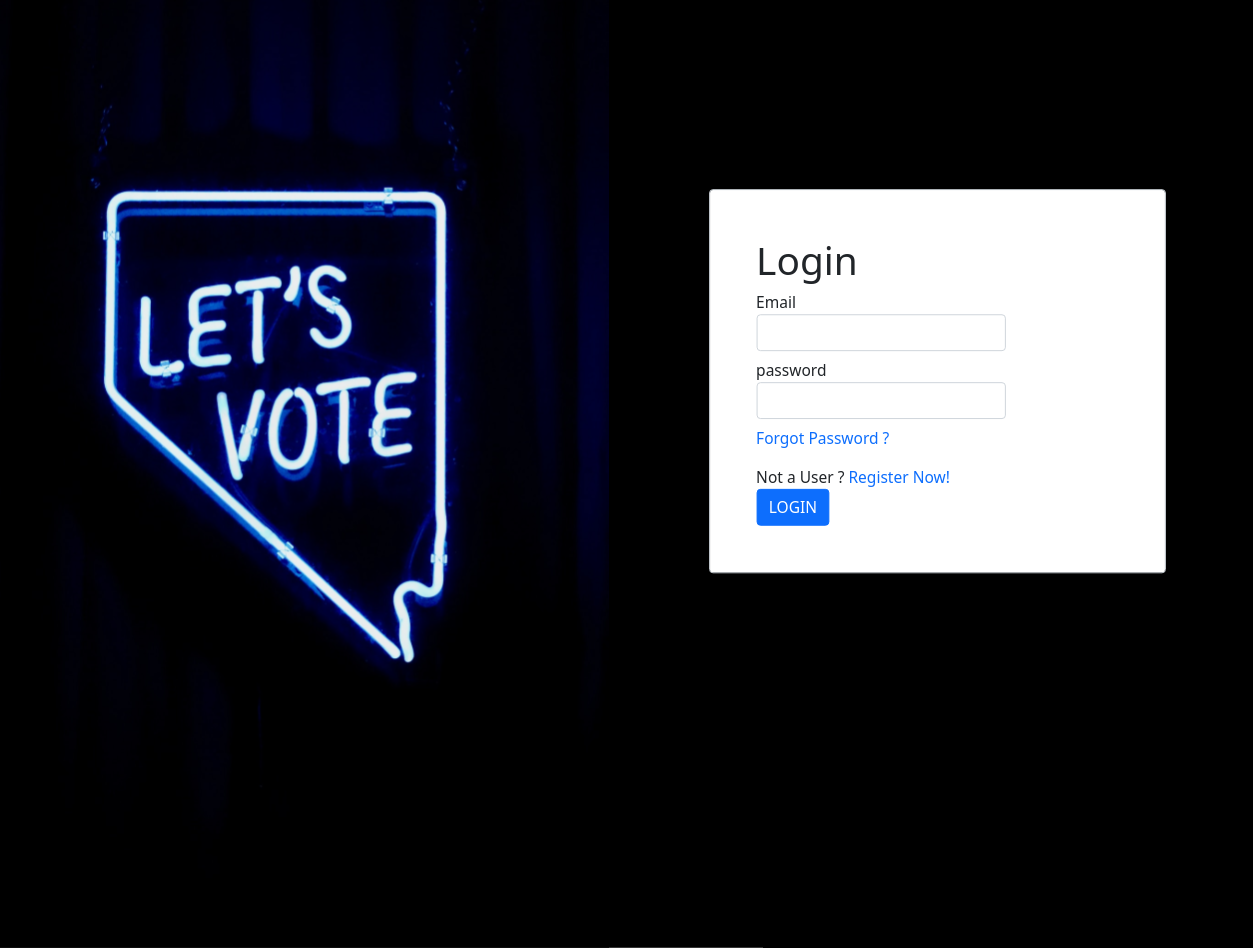
Repository: DavidManiIbrahim/Voting-app
Page: Login.html
An editor plug-in stored every save of this project. The page is shown before and after a run of saves, followed by the edit.
The browser window is 1280 px wide. The page is 1292 px wide, so the pictures cover 1292 px, including what lies to the right of the window. The pictures show the whole page, at 97% of full size.

Above is the page before, as saved 2025-01-18 07:13:40.

### Login.html
<!DOCTYPE html>
<html lang="en">
<head>
    <meta charset="UTF-8">
    <meta name="viewport" content="width=device-width, initial-scale=1.0">
    <title>Login Page</title>
    <link rel="stylesheet" href="./bootstrap.css">
</head>
<body>

<style>
    form{
        position: relative;
        top: 20%;
    }
    .hero{
        background: #000;
    }
</style>

<div class="row hero">
    <div class="col-md  container-fluid">
        <img src="./unsplash_LA1VawaCjjI.svg" alt="login image" class=" img-fluid" width="100%">
    </div>
    <div class="col-md text-white align-items-center">
        <form action="" class="w-75 form-control p-5 m-auto ">
            <h1>Login</h1>
            <label for="email" class="form-label">Email  <br>
                <input class="form-control " type="text">
            </label> <br>
            <label class="form-label"" for="password">password  <br>
                <input class="form-control w-100" type="password" class="form-text">
            </label> <br>
            <p class="text-primary">Forgot Password ?</p>
            <span>Not a User ?</span>
            <span class="text-primary">Register Now!</span> <br>
            <button class="btn btn-primary">LOGIN</button>
        </form>
    </div>
</div>








<script src="./bootstrap.min.js"></script>
</body>
</html>

Loaded but not shown: bootstrap.css (library); bootstrap.min.js (library)

After the next 2 saves:
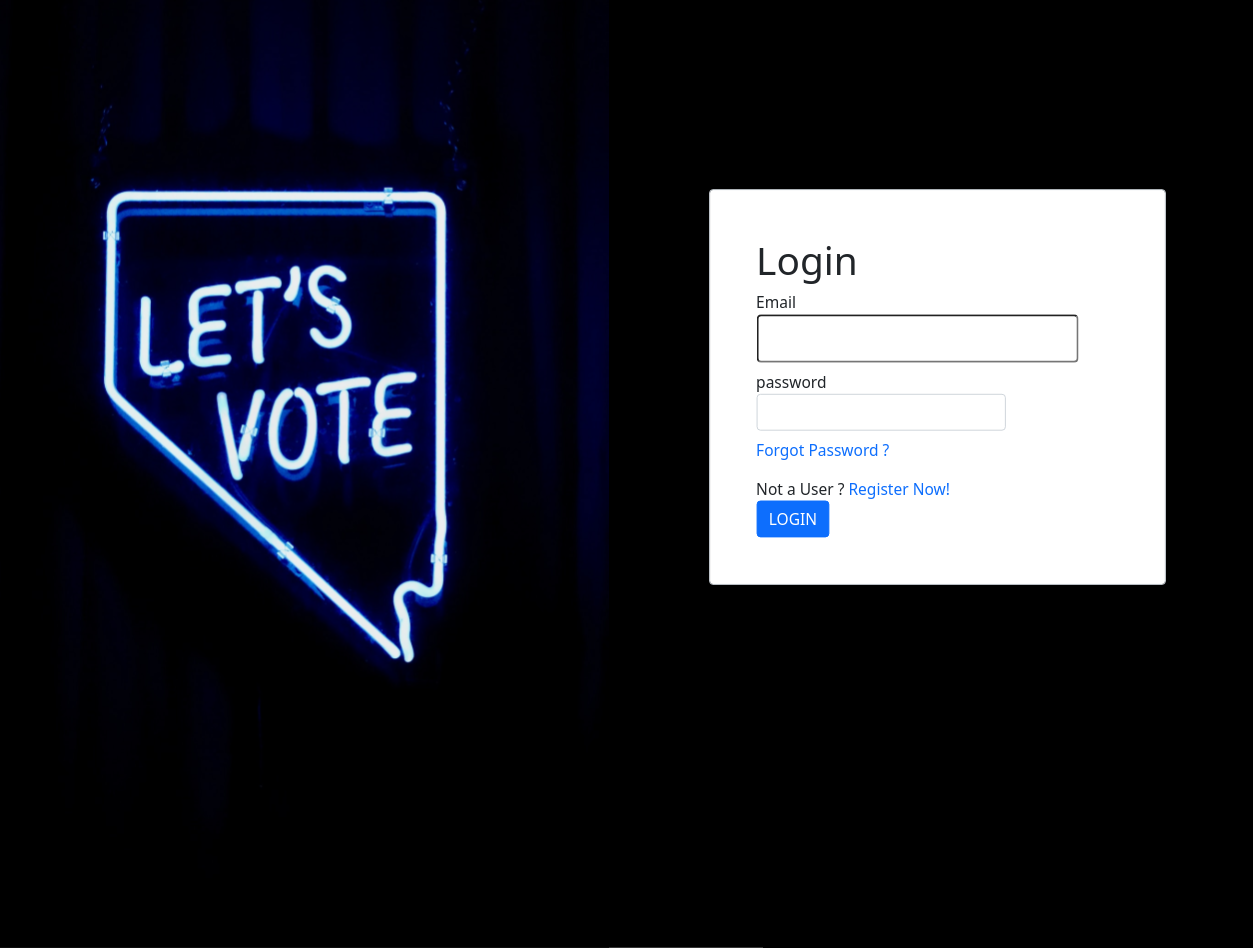
The 2 saves are shown as one change because they came seconds apart.
The last was saved 16 s later.
--- a/Login.html
+++ b/Login.html
@@ -26,7 +26,7 @@
         <form action="" class="w-75 form-control p-5 m-auto ">
             <h1>Login</h1>
             <label for="email" class="form-label">Email  <br>
-                <input class="form-control " type="text">
+                <input class="form-control-lg " type="text">
             </label> <br>
             <label class="form-label"" for="password">password  <br>
                 <input class="form-control w-100" type="password" class="form-text">

After the save that followed:
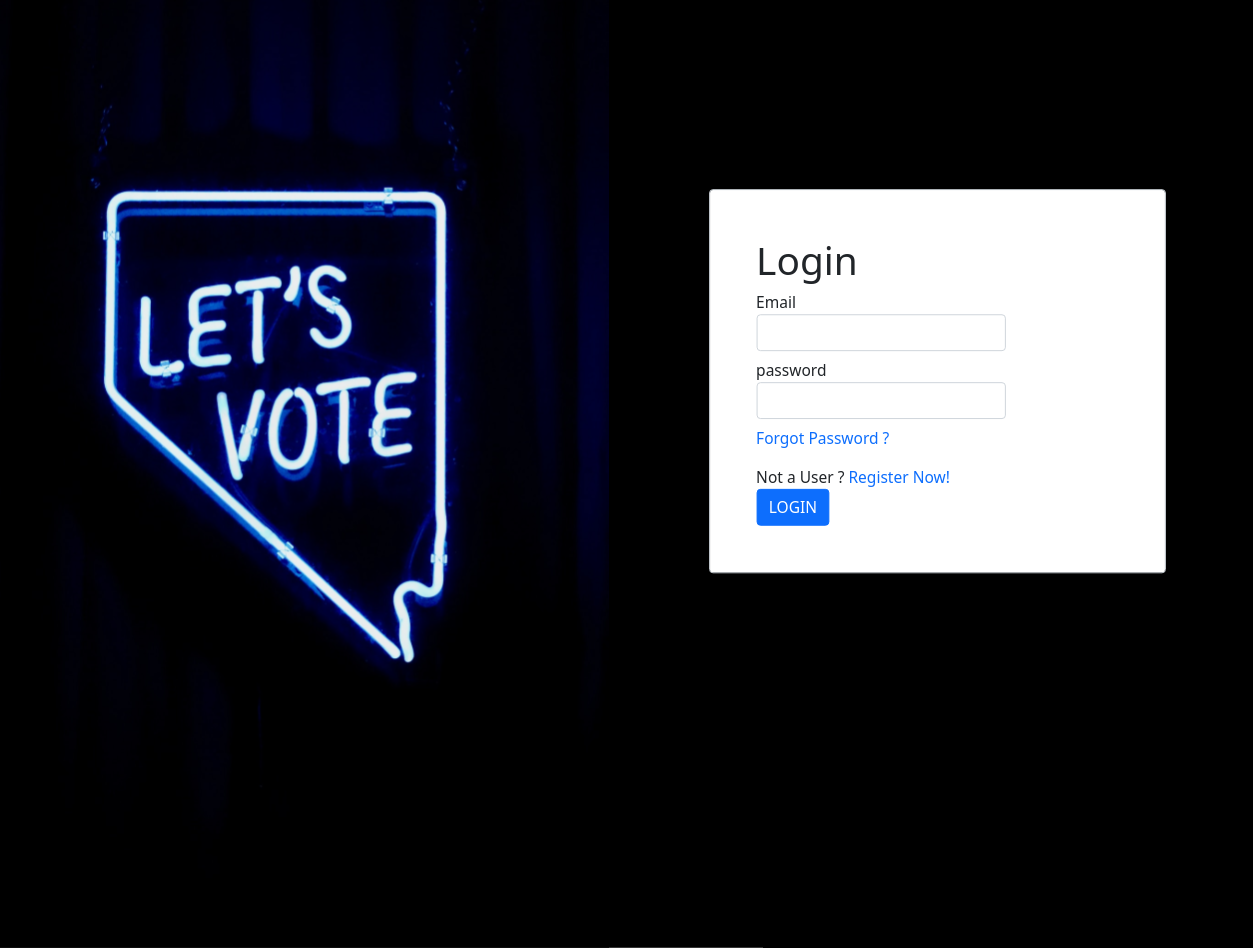
Saved 5 s later.
--- a/Login.html
+++ b/Login.html
@@ -26,7 +26,7 @@
         <form action="" class="w-75 form-control p-5 m-auto ">
             <h1>Login</h1>
             <label for="email" class="form-label">Email  <br>
-                <input class="form-control-lg " type="text">
+                <input class="form-control " type="text">
             </label> <br>
             <label class="form-label"" for="password">password  <br>
                 <input class="form-control w-100" type="password" class="form-text">
